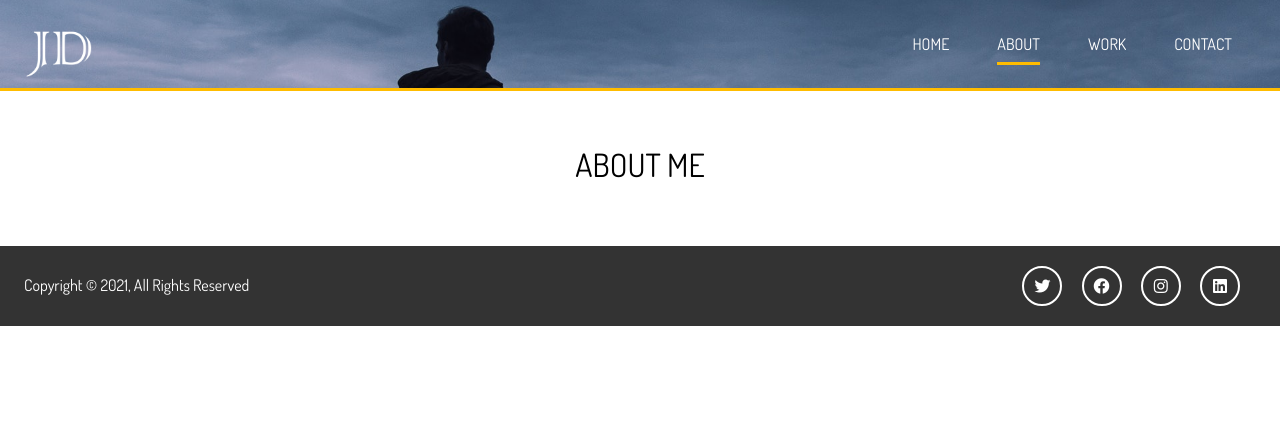
Repository: minhtien9/Portfolio_Website
Page: diet/about.html
An editor plug-in stored every save of this project. The page is shown before and after the next save, followed by the edit.
The browser window is 1280 px wide. The pictures show the whole page.

Above is the page before, as saved 2021-08-29 10:39:16.

### diet/about.html
<!DOCTYPE html>
<html lang="en">
  <head>
    <meta charset="UTF-8" />
    <meta http-equiv="X-UA-Compatible" content="IE=edge" />
    <meta name="viewport" content="width=device-width, initial-scale=1.0" />
    <link
      rel="stylesheet"
      href="https://cdnjs.cloudflare.com/ajax/libs/font-awesome/5.15.4/css/all.min.css"
      integrity="sha512-1ycn6IcaQQ40/MKBW2W4Rhis/DbILU74C1vSrLJxCq57o941Ym01SwNsOMqvEBFlcgUa6xLiPY/NS5R+E6ztJQ=="
      crossorigin="anonymous"
      referrerpolicy="no-referrer"
    />
    <link
      href="https://fonts.googleapis.com/css2?family=Dosis&display=swap"
      rel="stylesheet"
    />
    <link rel="stylesheet" href="css/style.css" />
    <title>About Me || UI/UX Designer & Photographer</title>
  </head>
  <body>
    <!-- Header -->
    <header id="header-inner">
      <div class="container">
        <nav id="main-nav">
          <img src="img/logo.png" alt="My Portfolio" id="logo" />
          <ul>
            <li><a href="index.html">Home</a></li>
            <li><a href="about.html" class="current">About</a></li>
            <li><a href="work.html">Work</a></li>
            <li><a href="contact.html">Contact</a></li>
          </ul>
        </nav>
      </div>
    </header>
    <!-- Section A:Info -->
    <section id="about-a" class="text-center py-3">
      <div class="container">
        <h2 class="section-title">About Me</h2>
      </div>
    </section>

    <!-- Footer -->
    <footer id="main-footer">
      <div class="footer-content container">
        <p>Copyright &copy; 2021, All Rights Reserved</p>
        <div class="social">
          <i class="fab fa-twitter"></i>
          <i class="fab fa-facebook"></i>
          <i class="fab fa-instagram"></i>
          <i class="fab fa-linkedin"></i>
        </div>
      </div>
    </footer>

    <!-- <script src="js/typewriter.js"></script> -->
  </body>
</html>

### diet/css/style.css
.container {
  max-width: 1280px;
  padding: 0 1.5rem;
  margin: auto;
  overflow: hidden;
}

.btn-dark, .btn-light, .btn-main {
  display: inline-block;
  padding: 0.8rem 2rem;
  transition: all 0.5s;
  border: none;
  cursor: pointer;
}

.btn-main {
  color: #333;
  background-color: #ffbc00;
}
.btn-light {
  color: #333;
  background-color: #f4f4f4;
}
.btn-dark {
  color: #f4f4f4;
  background-color: #333;
}

button[class^=btn-]:hover,
a[class^=btn-]:hover,
input[class^=btn-]:hover {
  background-color: #ffbc00;
}

.bg-main {
  background: #ffbc00;
  color: #fff;
}
.bg-dark {
  background: #333;
  color: #fff;
}
.bg-light {
  background: #f4f4f4;
  color: #000;
}
.bg-medium {
  background: #ccc;
  color: #000;
}

.lead {
  font-size: 1.3rem;
  margin-bottom: 2rem;
}

.text-center {
  text-align: center;
}

.py-1 {
  padding: 1rem 0;
}
.py-2 {
  padding: 2rem 0;
}
.py-3 {
  padding: 3rem 0;
}
.py-4 {
  padding: 4rem 0;
}

.ny-1 {
  margin: 1rem 0;
}
.ny-2 {
  margin: 2rem 0;
}
.ny-3 {
  margin: 3rem 0;
}
.ny-4 {
  margin: 4rem 0;
}

.section-title {
  font-size: 2rem;
  display: block;
  padding-bottom: 0.5rem;
  text-align: center;
  font-weight: 100;
  text-transform: uppercase;
}

.bottom-line {
  height: 2px;
  width: 3rem;
  background: #ffbc00;
  display: block;
  margin: 0 auto 1rem auto;
}

.items {
  display: grid;
  grid-template-columns: repeat(3, 1fr);
  box-shadow: 0 5px 10px 0 rgba(0, 0, 0, 0.3);
}

.item {
  position: relative;
  background: #ffbc00;
  overflow: hidden;
}
.item:after {
  content: "";
  position: absolute;
  display: block;
  background: inherit;
  opacity: 0.9;
  top: 0;
  left: 0;
  width: 100%;
  height: 100%;
  transform: scale(2) translateX(-75%) translateY(-75%) rotate(-28deg);
  transition: transform 3s cubic-bezier(0.2, 1, 0.3, 1);
}
.item:hover:after {
  transform: scale(2) translateX(0) translateY(0) rotate(-28deg);
}
.item:hover .item-image {
  transform: scale(1.2);
}
.item:hover .item-text {
  opacity: 1;
  transform: translateY(0);
}
.item-image {
  height: auto;
  transform: translateZ(0);
  display: block;
  transition: transform 750ms cubic-bezier(0.2, 1, 0.3, 1);
}
.item-image:before {
  content: "";
  display: block;
  padding-top: 75%;
  overflow: hidden;
}
.item-image img {
  position: absolute;
  top: 0;
  left: 0;
  width: 100%;
  height: auto;
  line-height: 0;
}
.item-text {
  position: absolute;
  top: 0;
  left: 0;
  bottom: 0;
  right: 0;
  opacity: 0;
  text-align: center;
  z-index: 1;
  color: #fff;
  transform: translateY(-20%);
  transition: opacity 500ms cubic-bezier(0.2, 1, 0.3, 1), transform 500ms cubic-bezier(0.2, 1, 0.3, 1);
  transition-delay: 300ms;
}
.item-text-wrap {
  position: absolute;
  width: 100%;
  top: 50%;
  transform: translateY(-50%);
}
.item-text-title {
  font-size: 2rem;
  padding: 0 1rem;
  margin: 5px 0 0 0;
}
.item-text-category {
  text-transform: uppercase;
  font-size: 1.2rem;
  opacity: 0.7;
  margin: 0;
}

* {
  margin: 0;
  padding: 0;
}

body {
  font-family: "Dosis", sans-serif;
  line-height: 1.6;
  background: #fff;
}

a {
  text-decoration: none;
  color: #333;
}

ul {
  list-style: none;
}

h2,
h3,
h4 {
  text-transform: uppercase;
}

img {
  width: 100%;
}

#logo {
  width: 70px;
  height: 70px;
  color: #fff;
  text-transform: uppercase;
}

#main-nav {
  display: flex;
  justify-content: space-between;
  padding-top: 1rem;
}
#main-nav ul {
  display: flex;
}
#main-nav li {
  padding: 1rem 1.5rem;
}
#main-nav a {
  text-decoration: none;
  color: #fff;
  text-transform: uppercase;
  border-bottom: 3px transparent solid;
  padding-bottom: 0.5rem;
  transition: border-color 0.5s;
}
#main-nav a:hover {
  border-color: #ccc;
}
#main-nav a.current {
  border-color: #ffbc00;
}

#header-home {
  background: url("../img/showcase.jpg") no-repeat center right/cover;
  height: 100vh;
  color: #fff;
}
#header-home .header-content {
  text-align: center;
  padding-top: 20%;
}
#header-home .header-content h1 {
  font-size: 4rem;
  line-height: 1.2;
}
#header-inner {
  background: url("../img/showcase.jpg") no-repeat 20% 30%/cover;
  height: 5.5rem;
  border-bottom: 3px solid #ffbc00;
}

#home-a .specials {
  margin-top: 3rem;
  display: grid;
  grid-gap: 1rem;
  grid-template-columns: repeat(4, 1fr);
}
#home-a .specials .fas {
  color: #ffbc00;
  padding-bottom: 0.4rem;
}
#home-b .stats {
  display: grid;
  grid-template-columns: repeat(4, 1fr);
}
#home-b .stats li {
  line-height: 2;
}
#home-b .stats li.stats-title {
  font-size: 1.5rem;
}
#home-b .stats li.stats-number {
  font-size: 2rem;
  font-weight: bold;
}
#home-b .stats div {
  padding: 3rem 0;
}
#home-b .stats div:nth-child(odd) {
  background: #f4f4f4;
}
#home-b .stats div:nth-child(even) {
  background: #ccc;
}
#home-c .process {
  display: grid;
  grid-template-columns: repeat(4, 1fr);
  grid-gap: 1.5rem;
  text-align: center;
}
#home-c .process-step {
  position: absolute;
  top: 0;
  right: 0;
  font-size: 28px;
  background: #ffbc00;
  color: #fff;
  border-radius: 50%;
  height: 15px;
  width: 15px;
  line-height: 15px;
  padding: 1rem;
  transition: all 1s;
}
#home-c .process-icon {
  border-radius: 50%;
  background: #333;
  color: #fff;
  padding: 2rem;
  width: 70px;
  height: 70px;
  line-height: 70px;
  text-align: center;
  position: relative;
  transition: all 1s;
}
#home-c .process-icon:hover {
  background: #ffbc00;
  width: 90px;
  height: 90px;
  line-height: 90px;
}
#home-c .process-icon:hover .process-step {
  background: #333;
  color: #fff;
}

#about-a .about-info {
  display: grid;
  grid-template-areas: "bioimage bio bio" "aw1 aw2 aw3";
  grid-gap: 1.2rem;
}
#about-a .bio-image {
  grid-area: bioimage;
}
#about-a .bio {
  grid-area: bio;
  border-left: 3px solid #ffbc00;
  padding: 0.8rem;
}
#about-a .award-1 {
  grid-area: aw1;
}
#about-a .award-2 {
  grid-area: aw2;
}
#about-a .award-3 {
  grid-area: aw3;
}
#about-a .award-1 .fas,
#about-a .award-2 .fas,
#about-a .award-3 .fas {
  color: #ffbc00;
  margin: 1rem;
}
#about-b .progress {
  overflow: hidden;
  height: 20px;
  background: #ccc;
  border-radius: 5px;
  margin-bottom: 0.6rem;
}
#about-b .progress div {
  height: 100%;
  color: #fff;
  text-align: center;
  background: #ffbc00;
}
#about-c .about-logos {
  display: grid;
  grid-template-columns: repeat(4, 1fr);
  grid-gap: 2rem;
}
#about-c .about-logos img {
  width: 70%;
}
#about-d .testimonials {
  display: grid;
  grid-template-columns: repeat(4, 1fr);
  grid-gap: 0.5rem;
}
#about-d .testimonials ul {
  list-style: none;
  margin-top: 1rem;
  display: flex;
  align-items: center;
}
#about-d .testimonials p {
  border: 1px solid #ccc;
  border-radius: 5px;
  padding: 0.5rem;
}
#about-d .testimonials img {
  width: 50px;
  height: 50px;
  border-radius: 50%;
  margin-right: 0.5rem;
}

#contact-a .text-fields {
  display: grid;
  grid-template-areas: "name email" "subject phone" "message message";
  grid-gap: 1.2rem;
  margin-bottom: 1.2rem;
}
#contact-a .text-fields .name-input {
  grid-area: name;
}
#contact-a .text-fields .subject-input {
  grid-area: subject;
}
#contact-a .text-fields .email-input {
  grid-area: email;
}
#contact-a .text-fields .phone-input {
  grid-area: phone;
}
#contact-a .text-fields .message-input {
  grid-area: message;
  height: 100px;
}
#contact-a .text-fields .text-input {
  padding: 0.5rem 1rem;
}
#contact-a button[type=submit] {
  width: 50%;
}
#contact-b .contact-info {
  display: grid;
  grid-template-columns: repeat(3, 1fr);
  text-align: center;
}
#contact-c h1 {
  text-align: center;
  font-size: 4rem;
}

#main-footer {
  background: #333;
  color: #fff;
  height: 5rem;
}
#main-footer .footer-content {
  display: flex;
  justify-content: space-between;
  height: 5rem;
  align-items: center;
}
#main-footer .footer-content .social .fab {
  margin-right: 1rem;
  border: 2px solid #fff;
  border-radius: 50%;
  height: 20px;
  width: 20px;
  line-height: 20px;
  text-align: center;
  padding: 0.5rem;
}
#main-footer .footer-content .social .fab:hover {
  background: #ffbc00;
  cursor: pointer;
}

@media (max-width: 800px) {
  #header-home {
    height: 30rem;
  }
  #header-home .header-content {
    padding-top: 5rem;
  }
}
@media (max-width: 500px) {
  #main-nav {
    flex-direction: column;
    align-items: center;
  }
  #main-nav li {
    padding: 1rem;
  }

  #header-home {
    height: 10rem;
    border-bottom: 3px solid #ffbc00;
    background-position: 20% 30%;
  }
  #header-home .header-content {
    display: none;
  }
  #header-inner {
    height: 10rem;
  }

  #home-a .specials,
#home-b .stats,
#home-c .process,
#about-d .testimonials,
#contact-b .contact-info,
.items {
    grid-template-columns: 1fr;
  }

  #home-a .specials div {
    border-bottom: 1px #f4f4f4 solid;
    padding-bottom: 1rem;
  }
  #home-a .specials div:last-child {
    border: none;
    padding-bottom: 0;
  }
  #home-b .stats div {
    padding: 2rem 0 1rem 0;
  }

  #about-a .about-info {
    grid-template-areas: "bioimage" "bio" "aw1" "aw2" "aw3";
  }
  #about-c {
    display: none;
  }

  #contact-a .text-fields {
    grid-template-areas: "name" "subject" "email" "phone" "message";
  }
  #contact-b div {
    margin-bottom: 1rem;
    padding-bottom: 1rem;
    border-bottom: 1px solid #555;
  }
  #contact-b div:last-child {
    border: none;
    margin-bottom: 0;
    padding-bottom: 0;
  }
  #contact-c h1 {
    font-size: 2rem;
  }

  #main-footer {
    height: 7rem;
  }
  #main-footer .footer-content {
    flex-direction: column;
    padding: 1rem;
    height: 5rem;
  }
}
@media (max-height: 580px) {
  #header-home .header-content {
    padding-top: 3rem;
  }
}
@media (max-height: 330px) {
  #header-home .header-content h1 {
    font-size: 2rem;
  }
}

/*# sourceMappingURL=style.css.map */

After the next save:
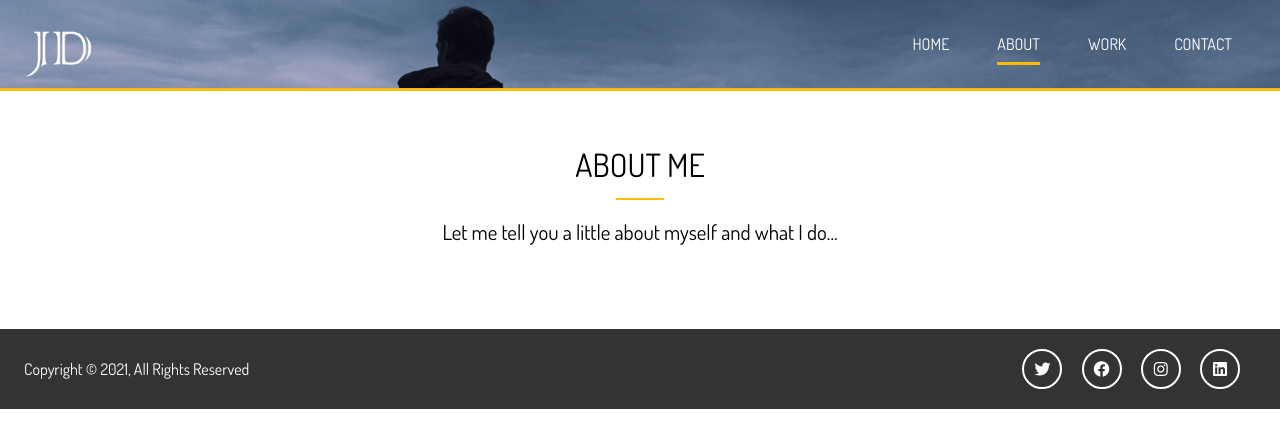
Saved 51 s later.
--- a/diet/about.html
+++ b/diet/about.html
@@ -37,6 +37,10 @@
     <section id="about-a" class="text-center py-3">
       <div class="container">
         <h2 class="section-title">About Me</h2>
+        <div class="bottom-line"></div>
+        <p class="lead">
+          Let me tell you a little about myself and what I do...
+        </p>
       </div>
     </section>
 
